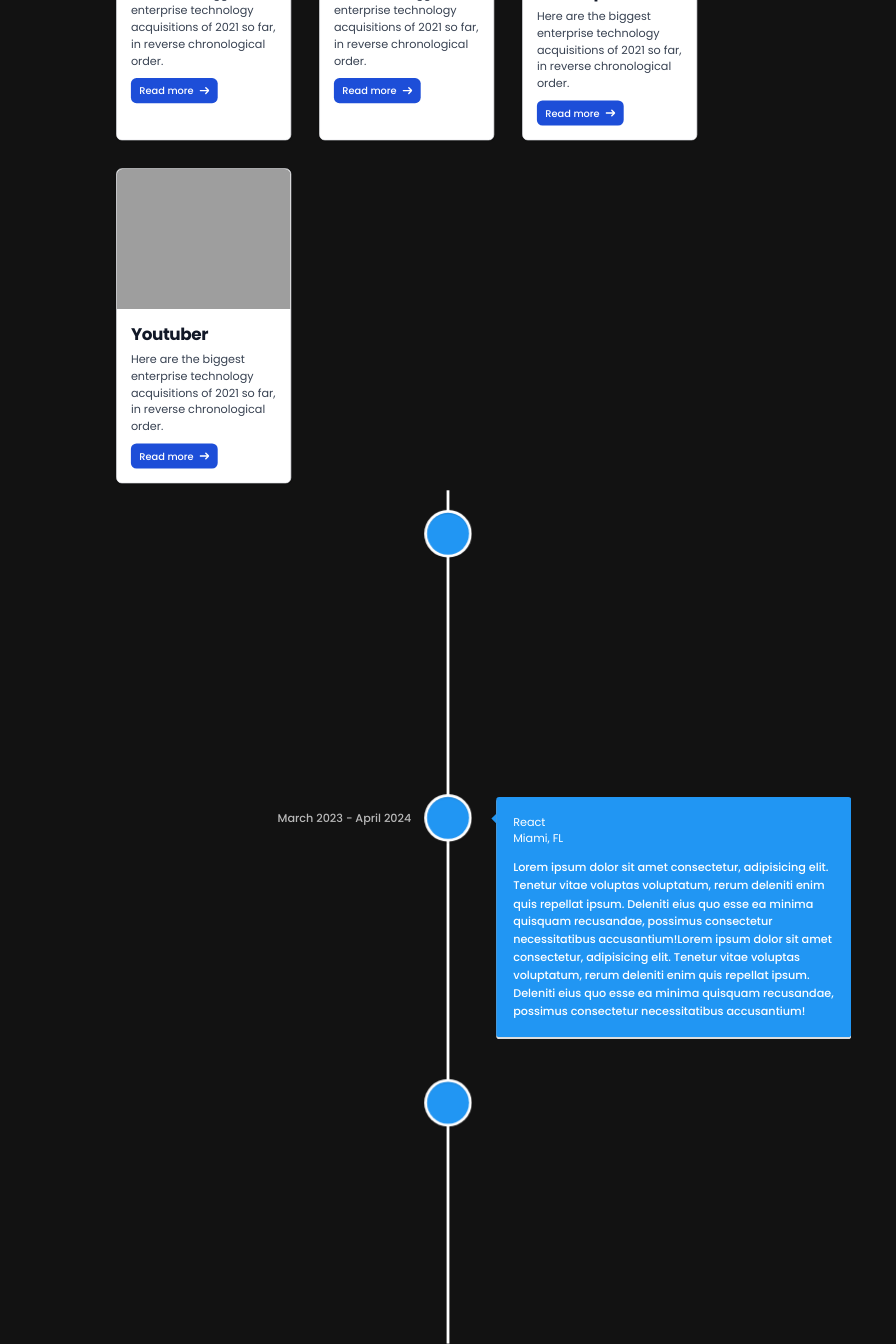
Repository: supakorn5039-boon/React-f
Page: /
These files come from the project's save history. The page is drawn as it stood at one moment and after a run of saves; the edit follows.
The browser window is 1280 px wide. The pictures show the part of the page from y = 1368 to 3288 px (the page is 3288 px tall before and 3216 px after), at 70% of full size.
Pictures or frames that could not be fetched are drawn as grey boxes. The project was rebuilt for these pictures with package versions that can differ from the ones it lists, and the page was loaded fresh each time. Also part of the build but not shown: vite.config.js.

Above is the page before, as saved 2024-01-09 22:37:31.

After the next 3 saves:
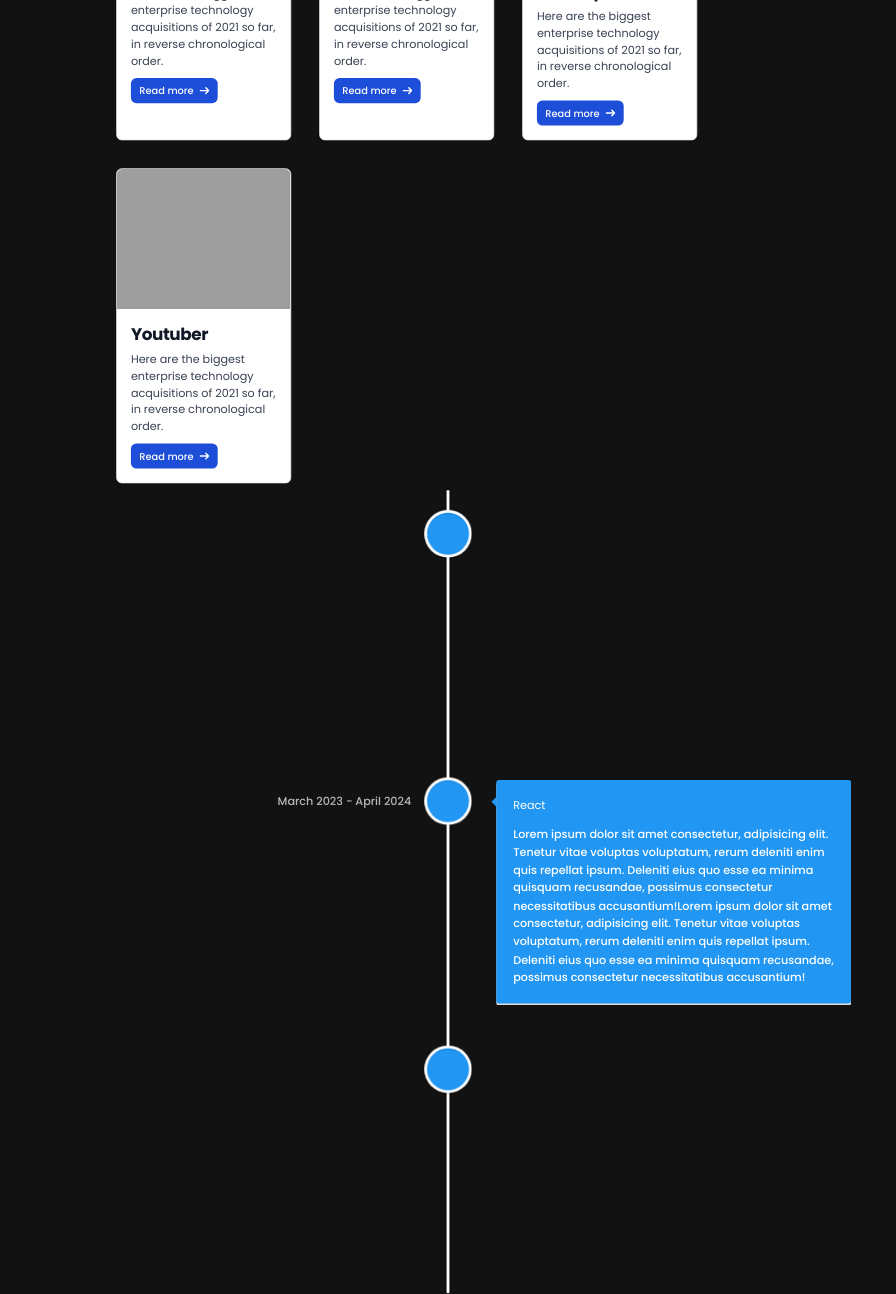
The 3 saves are shown as one change because they came seconds apart.
The last was saved 12 s later.
--- a/src/components/Experience.jsx
+++ b/src/components/Experience.jsx
@@ -17,7 +17,7 @@
       iconStyle={{ background: "rgb(33, 150, 243)", color: "#fff" }}
     >
       <h3 className="vertical-timeline-element-title">{item.title}</h3>
-      <h4 className="vertical-timeline-element-subtitle">Miami, FL</h4>
+      <h4 className="vertical-timeline-element-subtitle">{item.company}</h4>
       <p>{item.points}</p>
     </VerticalTimelineElement>
   );

After the 2 saves that followed:
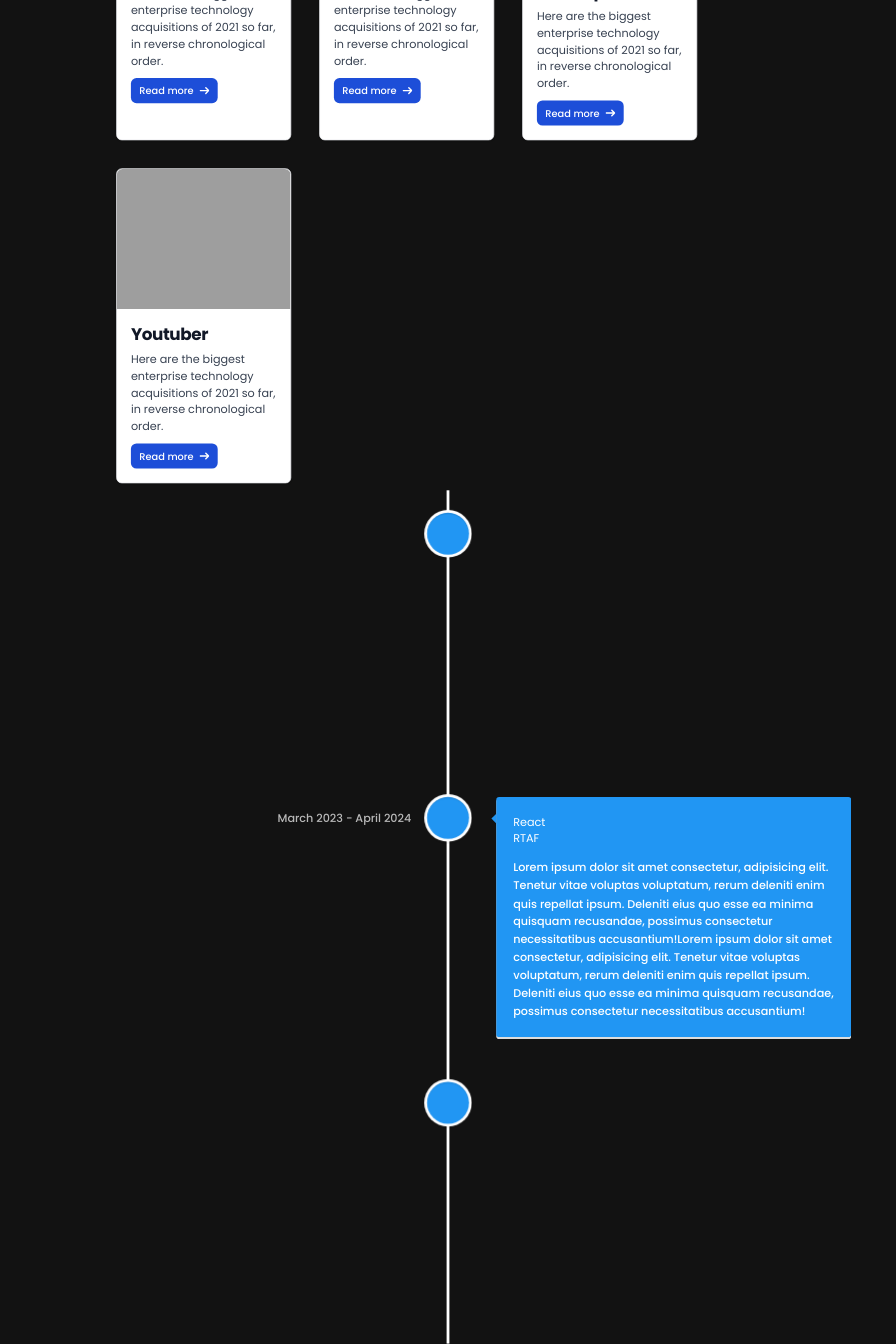
The 2 saves are shown as one change because they came seconds apart.
The last was saved 7 s later.
--- a/src/components/Experience.jsx
+++ b/src/components/Experience.jsx
@@ -17,7 +17,9 @@
       iconStyle={{ background: "rgb(33, 150, 243)", color: "#fff" }}
     >
       <h3 className="vertical-timeline-element-title">{item.title}</h3>
-      <h4 className="vertical-timeline-element-subtitle">{item.company}</h4>
+      <h4 className="vertical-timeline-element-subtitle">
+        {item.company_name}
+      </h4>
       <p>{item.points}</p>
     </VerticalTimelineElement>
   );
